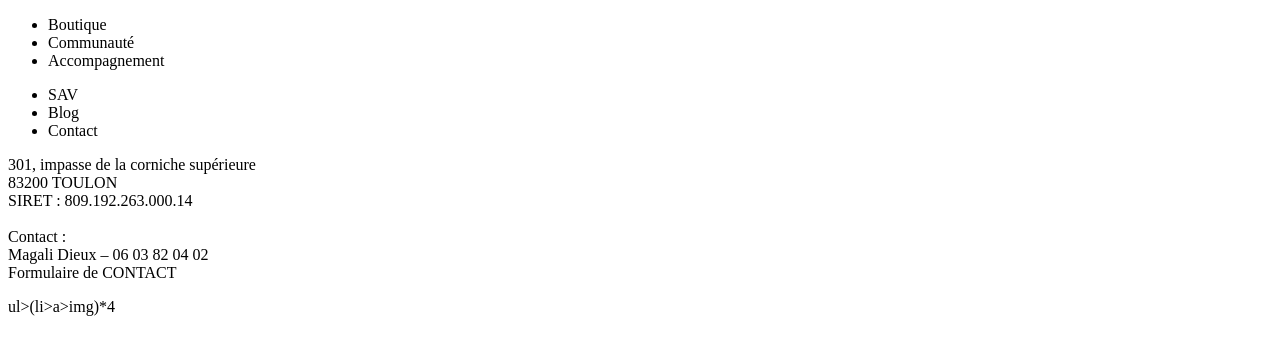
Repository: Khadija-Asa/naitre-enchantes
Page: footer.html
An editor plug-in stored every save of this project. The page is shown before and after a run of saves, followed by the edit.
The browser window is 1280 px wide. The pictures show the whole page.

Above is the page before, as saved 2020-11-24 22:25:47.

### footer.html
<!DOCTYPE html>
<html lang="en">
<head>
    <meta charset="UTF-8">
    <meta name="viewport" content="width=device-width, initial-scale=1.0">
    <title>naître enchantés</title>
    <link rel="stylesheet" href="footer.css">
</head>
<body>
    <footer>
        <div class="footer_top">
            <ul class="top_left">
                <li>Boutique</li>
                <li>Communauté</li>
                <li>Accompagnement</li>
            </ul>
            <ul class="top_right">
                <li>SAV</li>
                <li>Blog</li>
                <li>Contact</li>
            </ul>
        </div>
        <div class="footer_bottom">
            <div class="bottom_left">
                <p>301, impasse de la corniche supérieure <br>
                    83200 TOULON <br>
                    SIRET : 809.192.263.000.14 <br><br>

                    Contact : <br>
                    Magali Dieux – 06 03 82 04 02 <br>
                    Formulaire de CONTACT</p>
            </div>
            <div class="bottom_middle">
                ul>(li>a>img)*4
            </div>
            <div class="bottom_right"></div>
        </div>
    </footer>
</body>
</html>

Loaded but not shown: footer.css (no stored copy; drawn as an empty file)

After the next 3 saves:
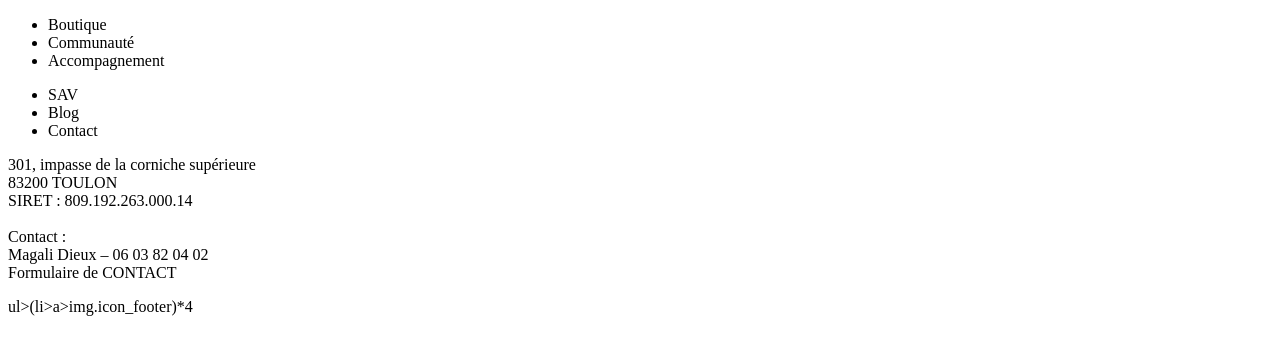
The 3 saves are shown as one change because they came seconds apart.
The last was saved 13 s later.
--- a/footer.html
+++ b/footer.html
@@ -31,7 +31,7 @@
                     Formulaire de CONTACT</p>
             </div>
             <div class="bottom_middle">
-                ul>(li>a>img)*4
+                ul>(li>a>img.icon_footer)*4
             </div>
             <div class="bottom_right"></div>
         </div>
